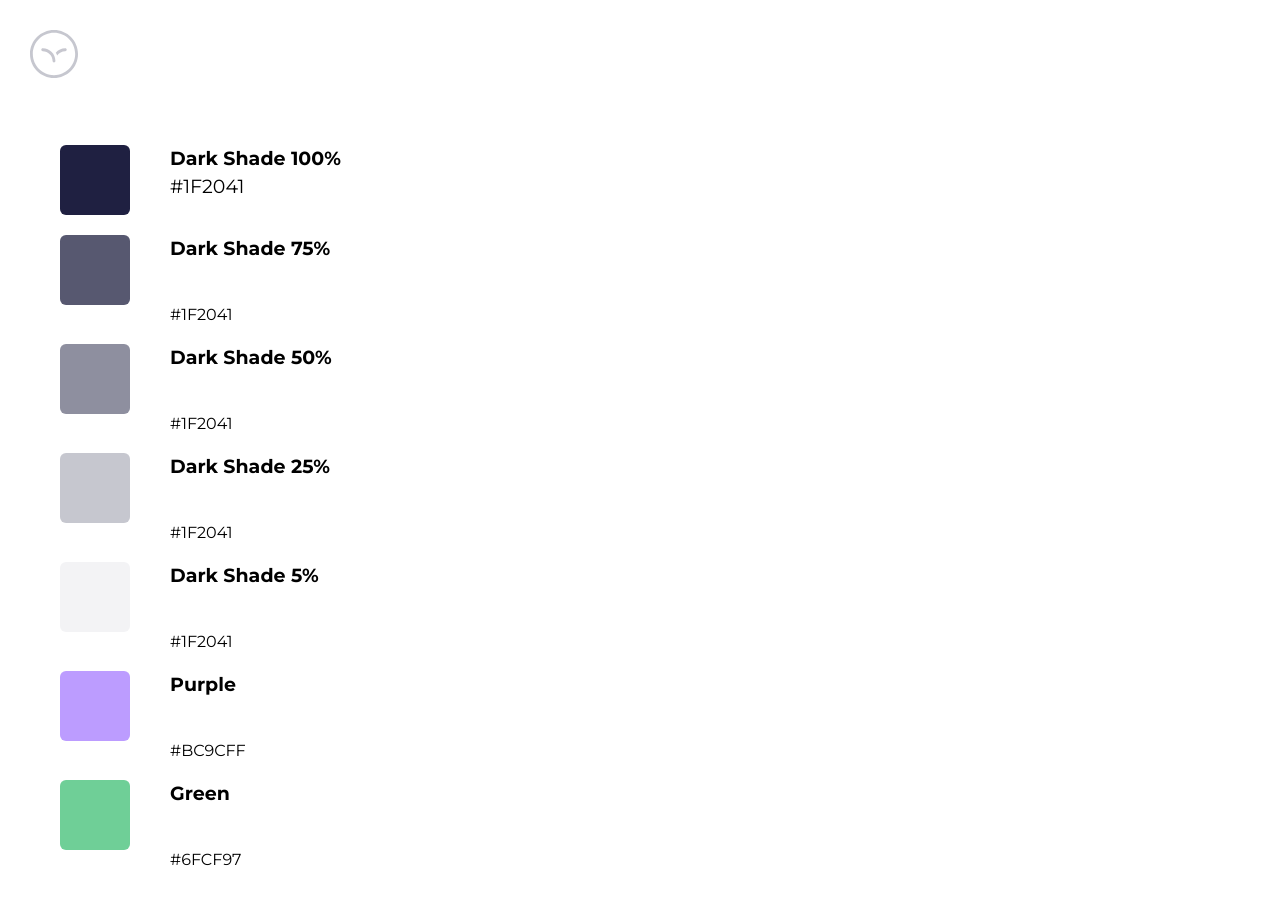
Repository: Inzhir2022/quatrain
Page: ui/index.html
An editor plug-in stored every save of this project. The page is shown before and after the next save, followed by the edit.
The browser window is 1280 px wide. The pictures show the whole page.

Above is the page before, as saved 2022-07-23 09:49:58.

After the next save:
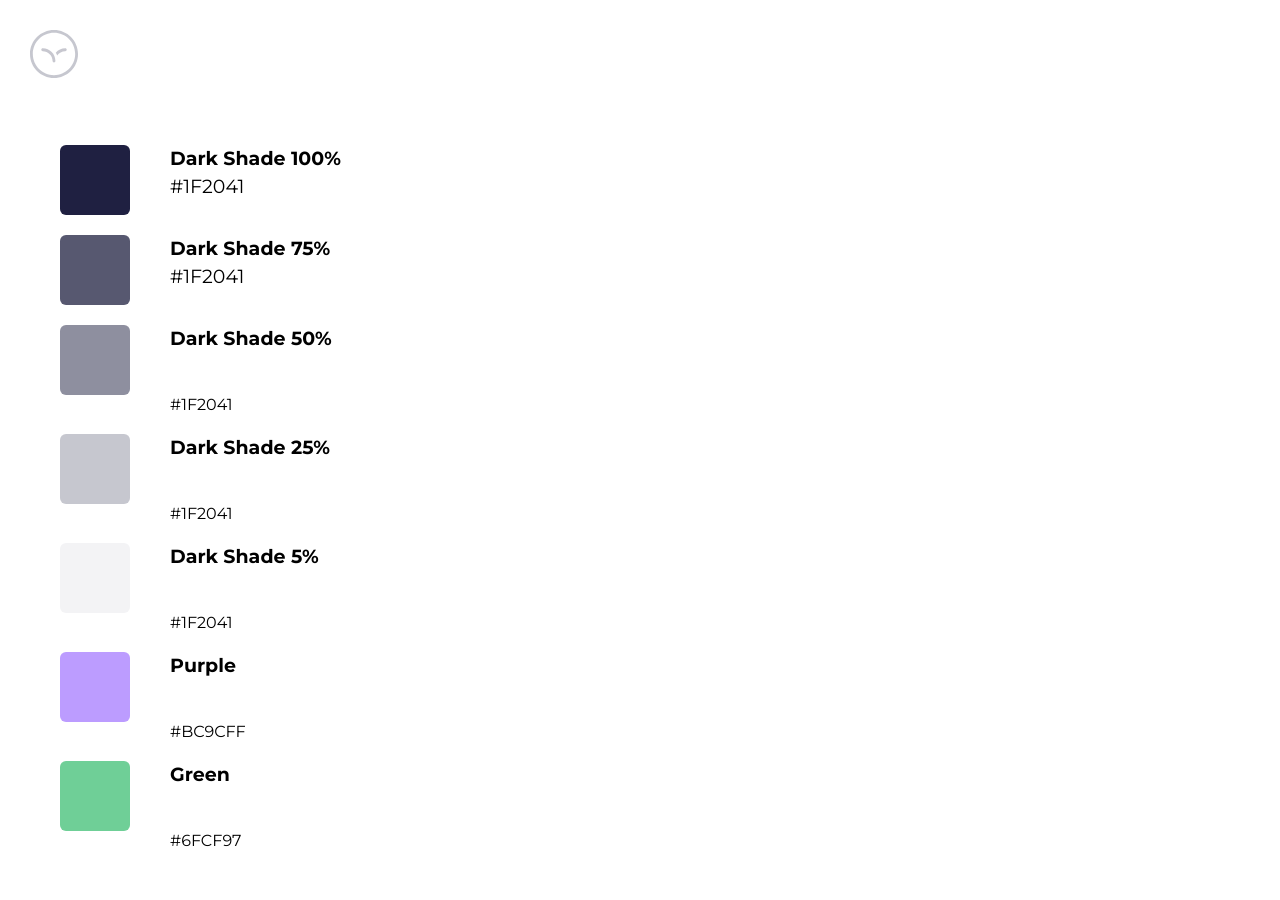
Saved 33 s later.
--- a/ui/index.html
+++ b/ui/index.html
@@ -32,8 +32,9 @@
 
         <div class="colors__wrapper">
           <div class="colors__item colors__item_darkShade_75"></div>
-          <div class="colors__title">Dark Shade 75%</div>
-          <span class="colors__subtitle">#1F2041</span>
+          <div class="colors__title">Dark Shade 75%
+            <span class="colors__subtitle">#1F2041</span>
+          </div>
         </div>
         <div class="colors__wrapper">
           <div class="colors__item colors__item_darkShade_50"></div>
